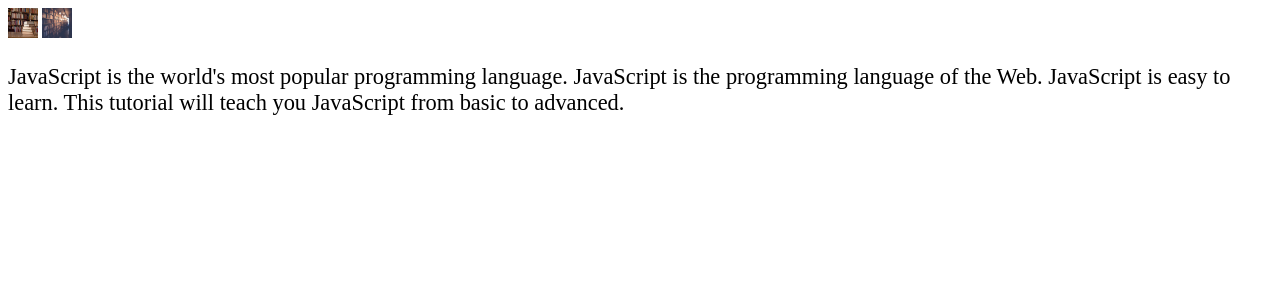
Repository: venkatesakki/JavaDeveloper
Page: javascript_example/src/main/webapp/dom_parsing.html
These files come from the project's save history. The page is drawn as it stood at one moment and after the next save; the edit follows.
The browser window is 1280 px wide. The pictures show the whole page.
After loading, the first visible `#increment` was clicked once.

Above is the page before, as saved 2022-06-28 12:57:23.

### javascript_example/src/main/webapp/dom_parsing.html
<!DOCTYPE html>
<html>
<head>
<meta charset="UTF-8">
<title>Dom Parsing</title>
<style>
.icon
{
width:30px;
height:30px;
}

.fontSizeUp{

font-size:1.2em;

}
.fontSizeDw{

font-size:0.8em;

}
</style>
</head>
<body>
<img src="images/sample.jpg" id="increment" alt="Increse Font Size" class="icon">
<img src="images/sample1.jpeg" id="decrement" alt="Increse Font Size" class="icon">
<p id="firstPara">

JavaScript is the world's most popular programming language.

JavaScript is the programming language of the Web.

JavaScript is easy to learn.

This tutorial will teach you JavaScript from basic to advanced.
</p>
<script type="text/javascript" src="scripts/domparsing.js"></script>
</body>
</html>

### javascript_example/src/main/webapp/scripts/domparsing.js
/**
 *
 */
var size=1.2;
function incFontSize(){

	var para=document.getElementById("firstPara");

	//para.setAttribute("class","fontSizeUp");

	size=size+0.2;


	para.setAttribute("style","font-size:"+size+'em');
   // size++;


}
function decFontSize(){

	var para=document.getElementById("firstPara");
	size=size-0.2;
	//para.setAttribute("class","fontSizeDw");
	para.setAttribute("style","font-size:"+size+'em');


}

function addClickEvent(){

	var imgRef =document.getElementById("increment");

	imgRef.addEventListener('click',incFontSize);

	var imgRef =document.getElementById("decrement");

	imgRef.addEventListener('click',decFontSize);
}

(function(){
	addClickEvent();

})();

After the next save:
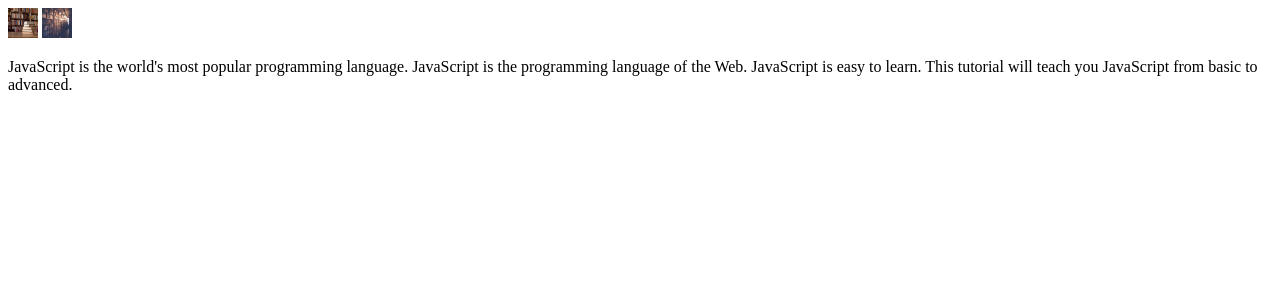
Saved 40 s later.
--- a/javascript_example/src/main/webapp/scripts/domparsing.js
+++ b/javascript_example/src/main/webapp/scripts/domparsing.js
@@ -9,11 +9,12 @@
 	//para.setAttribute("class","fontSizeUp");
 
 	size=size+0.2;
-
+	if(size>2.4)
+	{
 
 	para.setAttribute("style","font-size:"+size+'em');
    // size++;
-
+	}
 
 }
 function decFontSize(){

After the save that followed:
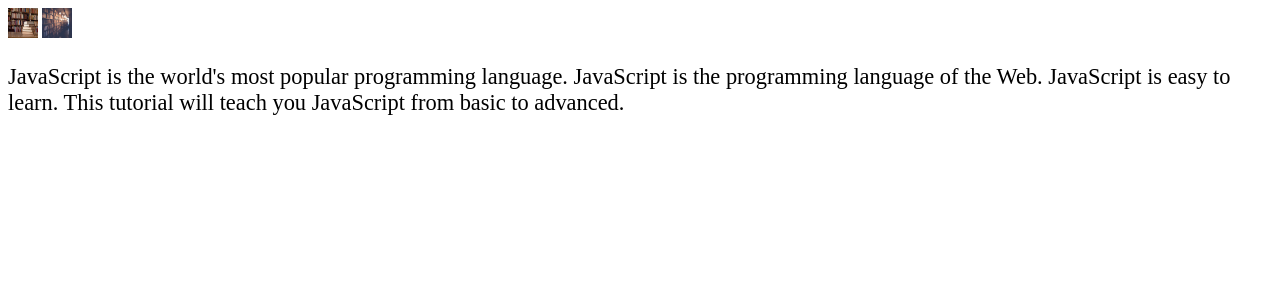
Saved 22 s later.
--- a/javascript_example/src/main/webapp/scripts/domparsing.js
+++ b/javascript_example/src/main/webapp/scripts/domparsing.js
@@ -9,7 +9,7 @@
 	//para.setAttribute("class","fontSizeUp");
 
 	size=size+0.2;
-	if(size>2.4)
+	if(size<2.4)
 	{
 
 	para.setAttribute("style","font-size:"+size+'em');
